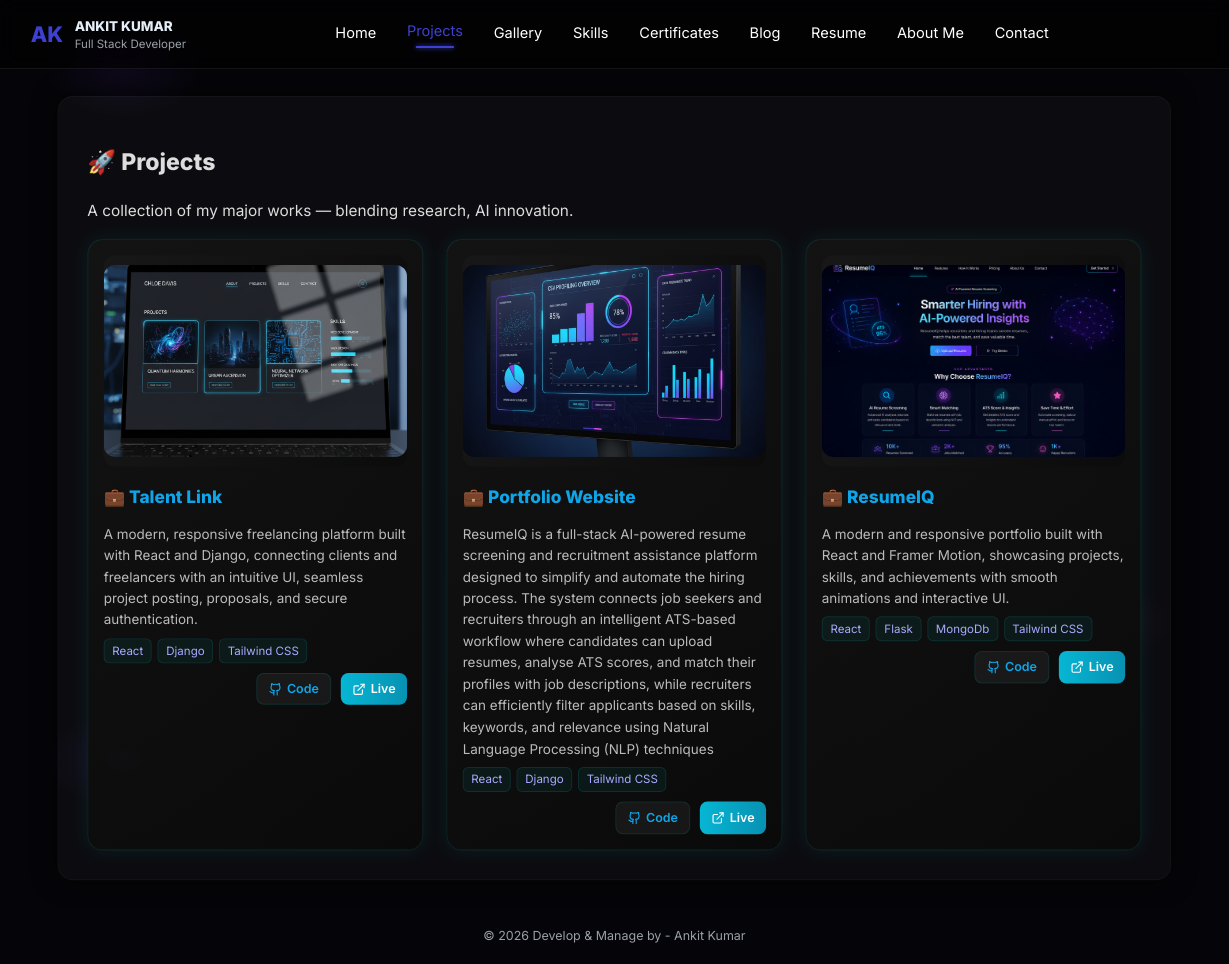
Repository: santoshkrsah/Ankit-Profile
Page: /projects
The author's editor kept a copy of each file at every save. The page is drawn from the files as they stood at one save, then again after the next save.
The browser window is 1280 px wide. The pictures show the whole page, at 96% of full size.
The project was rebuilt for these pictures with package versions that can differ from the ones it lists, and the page was loaded fresh each time. Some packages were replaced by stand-ins written for this rebuild. Also part of the build but not shown: vite.config.mjs, src/CSS/Home.css, src/pages/Home.jsx, src/CSS/Gallery.css, src/pages/Gallery.jsx, src/pages/Certificates.jsx, src/pages/blog.css, src/pages/Blog.jsx and 6 more.

Above is the page before, as saved 2026-05-22 03:19:38.

After the next save:
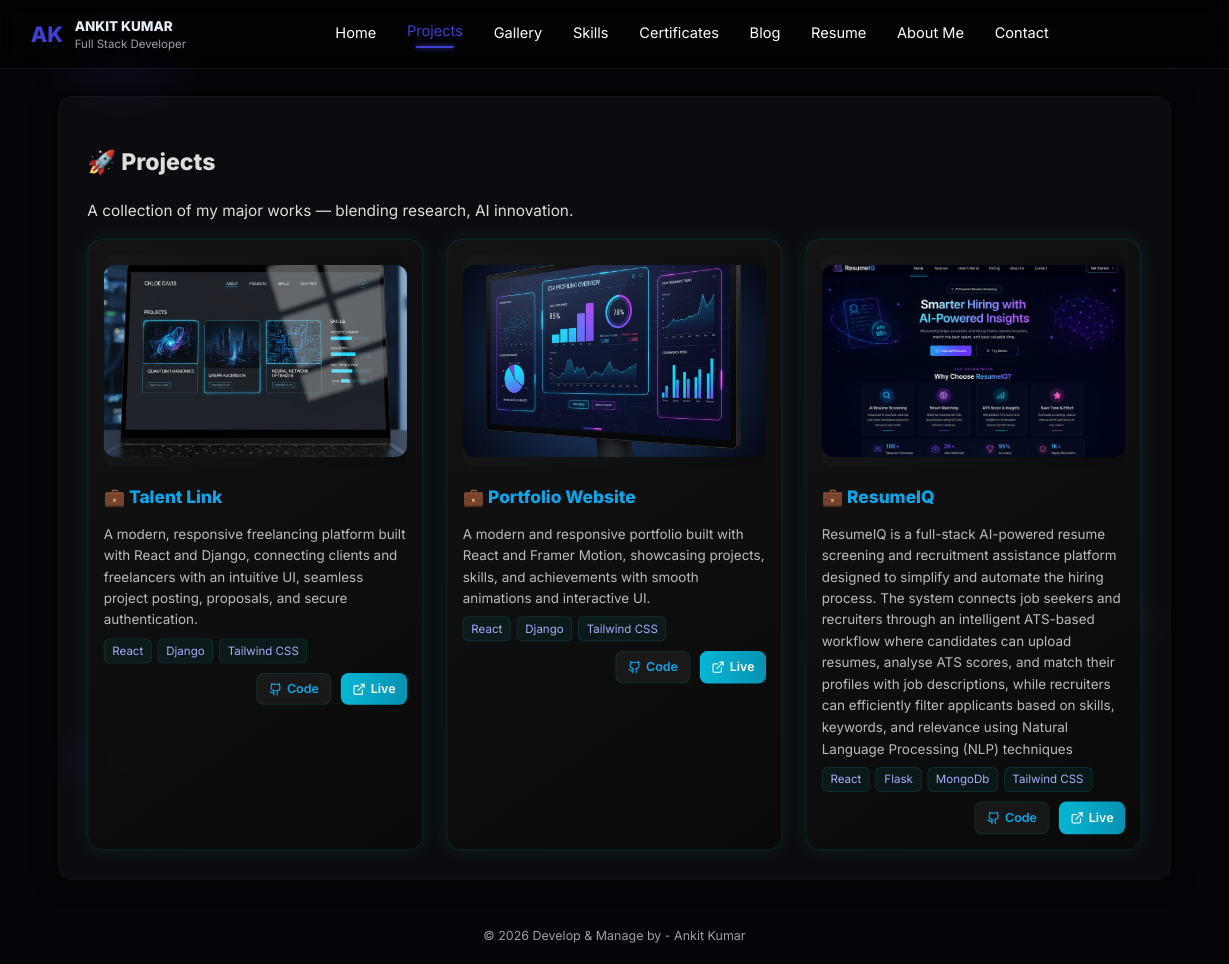
Saved 33 s later.
--- a/src/pages/Projects.jsx
+++ b/src/pages/Projects.jsx
@@ -12,7 +12,7 @@ const PROJECTS = [
   },
   {
   title: '💼 Portfolio Website',
-  desc: 'ResumeIQ is a full-stack AI-powered resume screening and recruitment assistance platform designed to simplify and automate the hiring process. The system connects job seekers and recruiters through an intelligent ATS-based workflow where candidates can upload resumes, analyse ATS scores, and match their profiles with job descriptions, while recruiters can efficiently filter applicants based on skills, keywords, and relevance using Natural Language Processing (NLP) techniques',
+  desc: 'A modern and responsive portfolio built with React and Framer Motion, showcasing projects, skills, and achievements with smooth animations and interactive UI.',
   ss: '/ProfileX.png',
   tech: ['React', 'Django', 'Tailwind CSS'],
   live: '#',
@@ -20,7 +20,7 @@ const PROJECTS = [
   },
   {
   title: '💼 ResumeIQ',
-  desc: 'A modern and responsive portfolio built with React and Framer Motion, showcasing projects, skills, and achievements with smooth animations and interactive UI.',
+  desc: 'ResumeIQ is a full-stack AI-powered resume screening and recruitment assistance platform designed to simplify and automate the hiring process. The system connects job seekers and recruiters through an intelligent ATS-based workflow where candidates can upload resumes, analyse ATS scores, and match their profiles with job descriptions, while recruiters can efficiently filter applicants based on skills, keywords, and relevance using Natural Language Processing (NLP) techniques',
   ss: '/ResumeIQ.png',
   tech: ['React', 'Flask', 'MongoDb','Tailwind CSS'],
   live: 'https://resume-iq-tyyh.vercel.app/',
